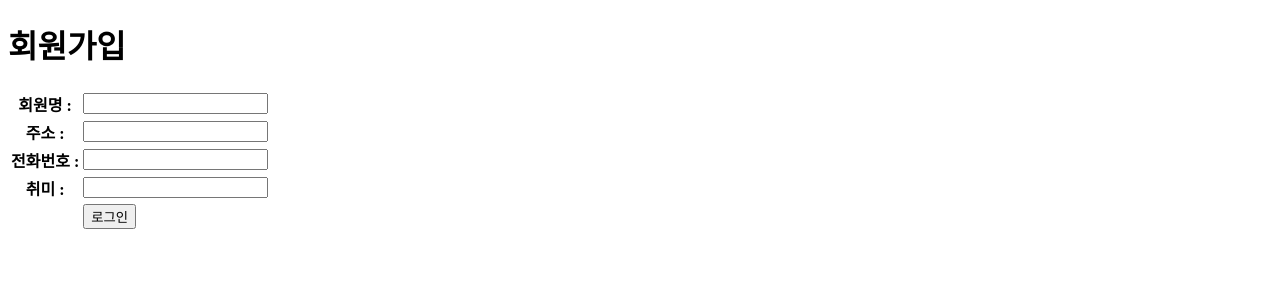
Repository: nameisris/jsp_workspace
Page: JspProject/src/main/webapp/memReg.html
These files come from the project's save history. The page is drawn as it stood at one moment and after the next save; the edit follows.
The browser window is 1280 px wide. The pictures show the whole page.

Above is the page before, as saved 2023-09-19 05:17:47.

After the next save:
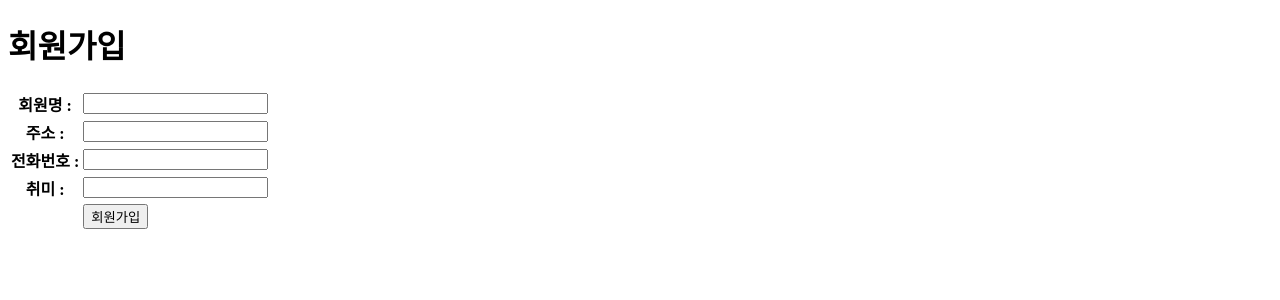
Saved 2 min 57 s later.
--- a/JspProject/src/main/webapp/memReg.html
+++ b/JspProject/src/main/webapp/memReg.html
@@ -6,12 +6,14 @@
 </head>
 <body>
 <h1>회원가입</h1>
-<table>
-	<tr><th>회원명 : </th><td><input type="text" name="name"/></td></tr>
-	<tr><th>주소 : </th><td><input type="text" name="address"/></td></tr>
-	<tr><th>전화번호 : </th><td><input type="text" name="tel"/></td></tr>
-	<tr><th>취미 : </th><td><input type="text" name="tel"/></td></tr>
-	<tr><td></td><td><input type="submit" value="로그인"/></td></tr>
-</table>
+<form>
+	<table>
+		<tr><th>회원명 : </th><td><input type="text" name="name"/></td></tr>
+		<tr><th>주소 : </th><td><input type="text" name="address"/></td></tr>
+		<tr><th>전화번호 : </th><td><input type="text" name="tel"/></td></tr>
+		<tr><th>취미 : </th><td><input type="text" name="hobby"/></td></tr>
+		<tr><td></td><td><input type="submit" value="회원가입"/></td></tr>
+	</table>
+</form>
 </body>
 </html>
